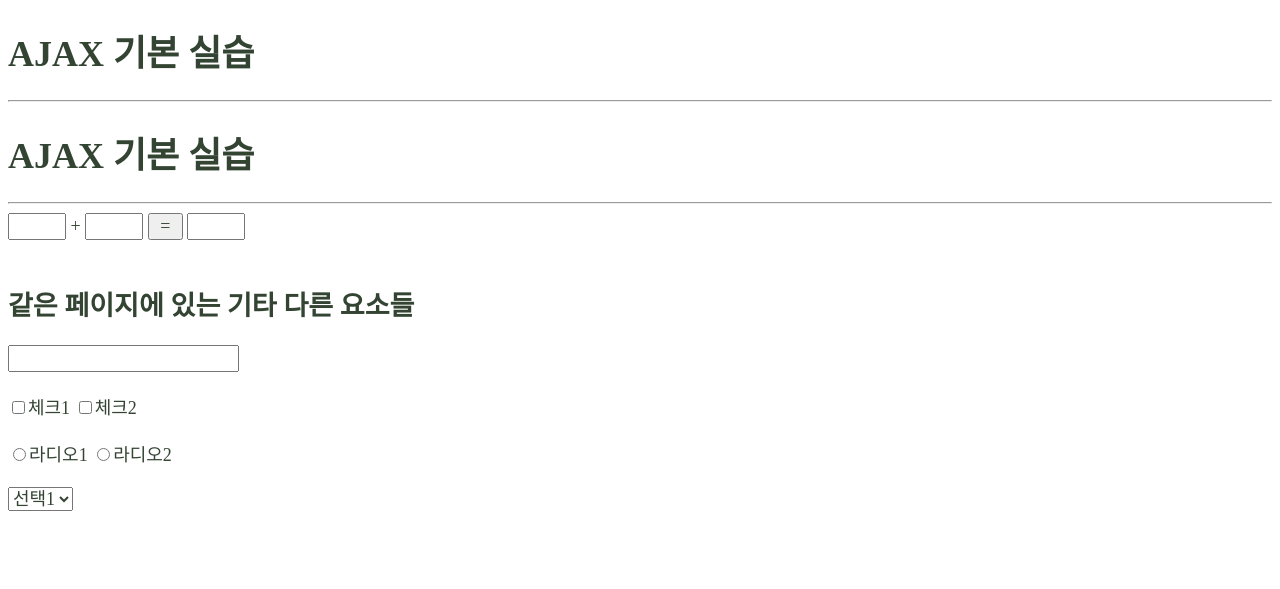
Repository: youngsik0405/Web-study
Page: http://localhost/AjaxApp/WEB-INF/view/AjaxTest02.jsp
An editor plug-in stored every save of this project. The page is shown before and after a run of saves, followed by the edit.
The browser window is 1280 px wide. The pictures show the whole page.
The page is served by Tomcat 9. Nobody is signed in. The template is opened directly, without the code that normally fills it, so the values that code supplies are empty.

Above is the page before, as saved 2025-01-31 05:00:50.

After the next 2 saves:
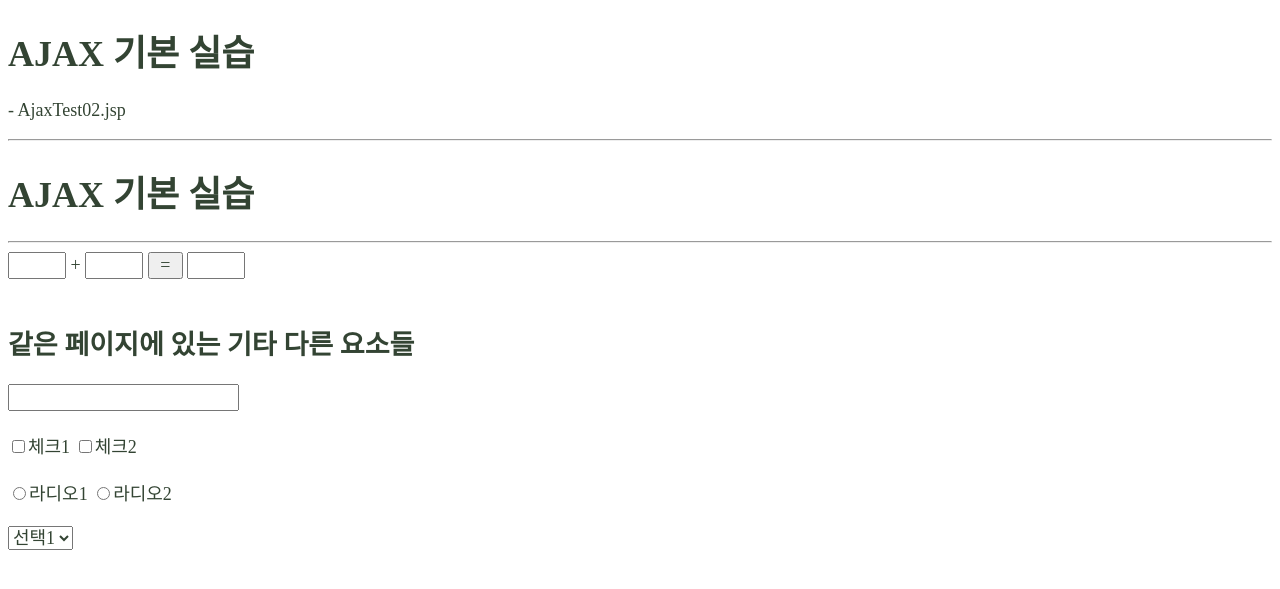
The 2 saves are shown as one change because they came seconds apart.
The last was saved 11 s later.
--- a/AjaxApp/WebContent/WEB-INF/view/AjaxTest02.jsp
+++ b/AjaxApp/WebContent/WEB-INF/view/AjaxTest02.jsp
@@ -106,6 +106,7 @@
 
 <div>
 	<h1>AJAX 기본 실습</h1>
+	<p>- AjaxTest02.jsp</p>
 	<hr>
 </div>
 
